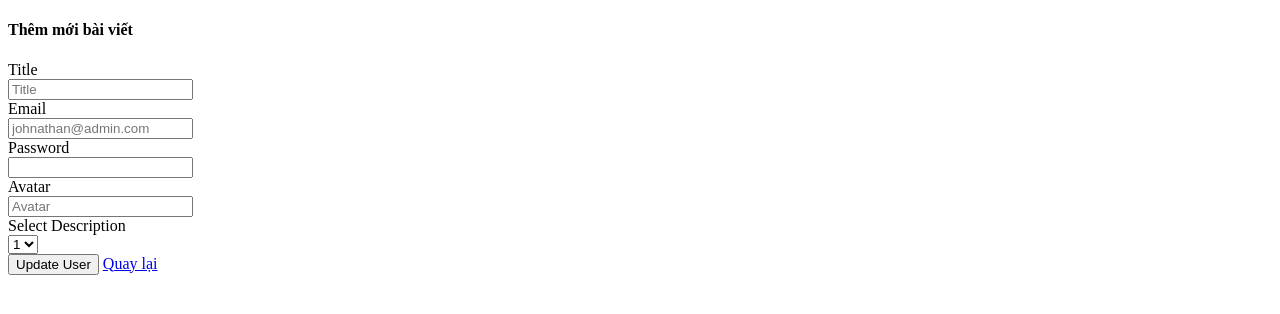
Repository: Hai1820/News
Page: http://localhost/Servlet-Basic/views/admin/news/list-edit.jsp
An editor plug-in stored every save of this project. The page is shown before and after the next save, followed by the edit.
The browser window is 1280 px wide. The pictures show the whole page.
The page is served by Tomcat 9. Nobody is signed in. The application's start-up code is not run.

Above is the page before, as saved 2021-07-15 03:04:48.

After the next save:
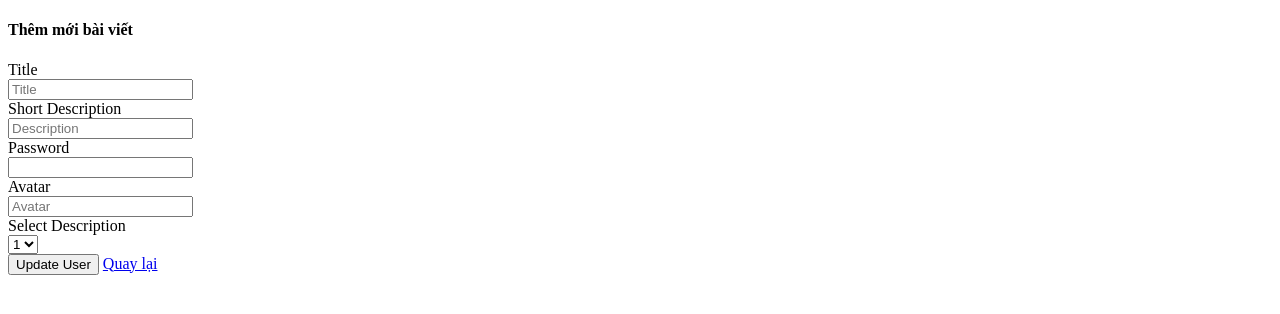
Saved 59 s later.
--- a/Servlet-Basic/src/main/webapp/views/admin/news/list-edit.jsp
+++ b/Servlet-Basic/src/main/webapp/views/admin/news/list-edit.jsp
@@ -31,10 +31,10 @@
 						</div>
 					</div>
 					<div class="form-group">
-						<label for="example-email" class="col-md-12">Email</label>
+						<label  class="col-md-12">Short Description</label>
 						<div class="col-md-12">
 							<input value="" name="email" type="email"
-								placeholder="johnathan@admin.com"
+								placeholder="Description"
 								class="form-control form-control-line" id="example-email">
 						</div>
 					</div>
